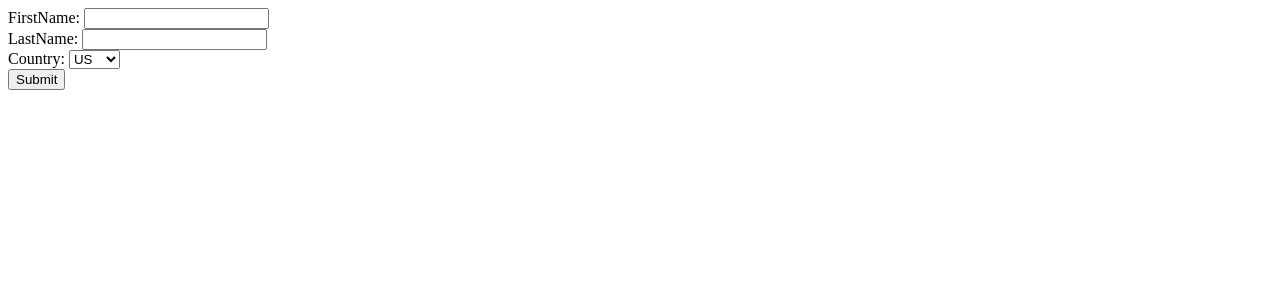
Repository: PuchakayalaVyshnavi/Bootstrap5
Page: Java/jspdemo/src/main/webapp/Student-form.html
The author's editor kept a copy of each file at every save. The page is drawn from the files as they stood at one save, then again after the next save.
The browser window is 1280 px wide. The pictures show the whole page.

Above is the page before, as saved 2021-08-17 08:23:54.

After the next save:
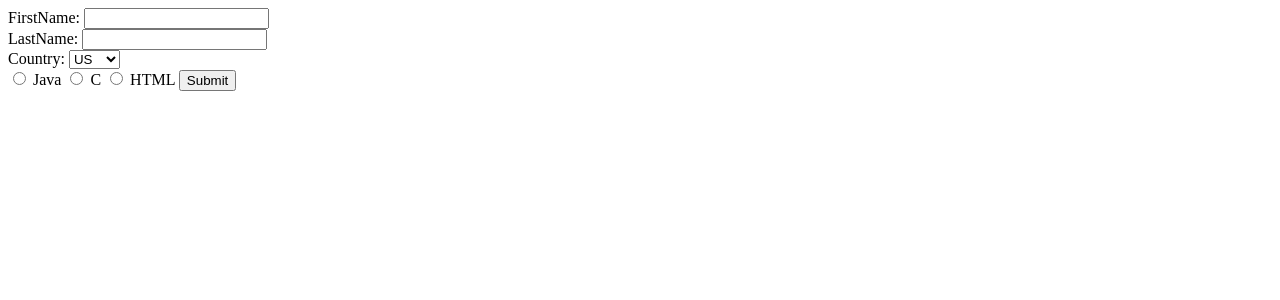
Saved 8 min 3 s later.
--- a/Java/jspdemo/src/main/webapp/Student-form.html
+++ b/Java/jspdemo/src/main/webapp/Student-form.html
@@ -14,6 +14,10 @@ LastName: <input type ="text" name="lastName"/>
 <option>India</option>
 </select>
 <br/>
+<input type="radio" name="language" value="java"> Java
+<input type="radio" name="language" value="C"> C
+<input type="radio" name="language" value="HTML"> HTML
+
 <input type = "submit" value="Submit"/>
 </form>
 </body>
